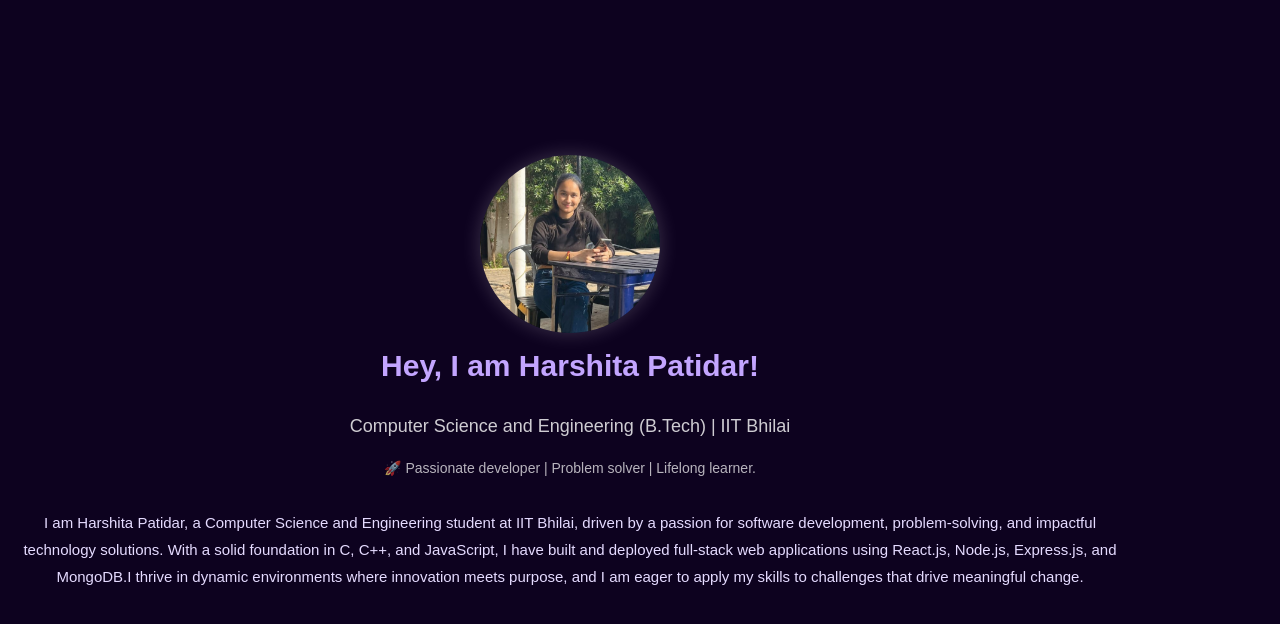
Repository: harshitap1305/Portfolio
Page: /
The author's editor kept a copy of each file at every save. The page is drawn from the files as they stood at one save, then again after a run of saves.
The browser window is 1280 px wide. The pictures show the whole page.
The project was rebuilt for these pictures with package versions that can differ from the ones it lists, and the page was loaded fresh each time. Also part of the build but not shown: vite.config.js.

Above is the page before, as saved 2025-03-27 17:26:49.

After the next 2 saves:
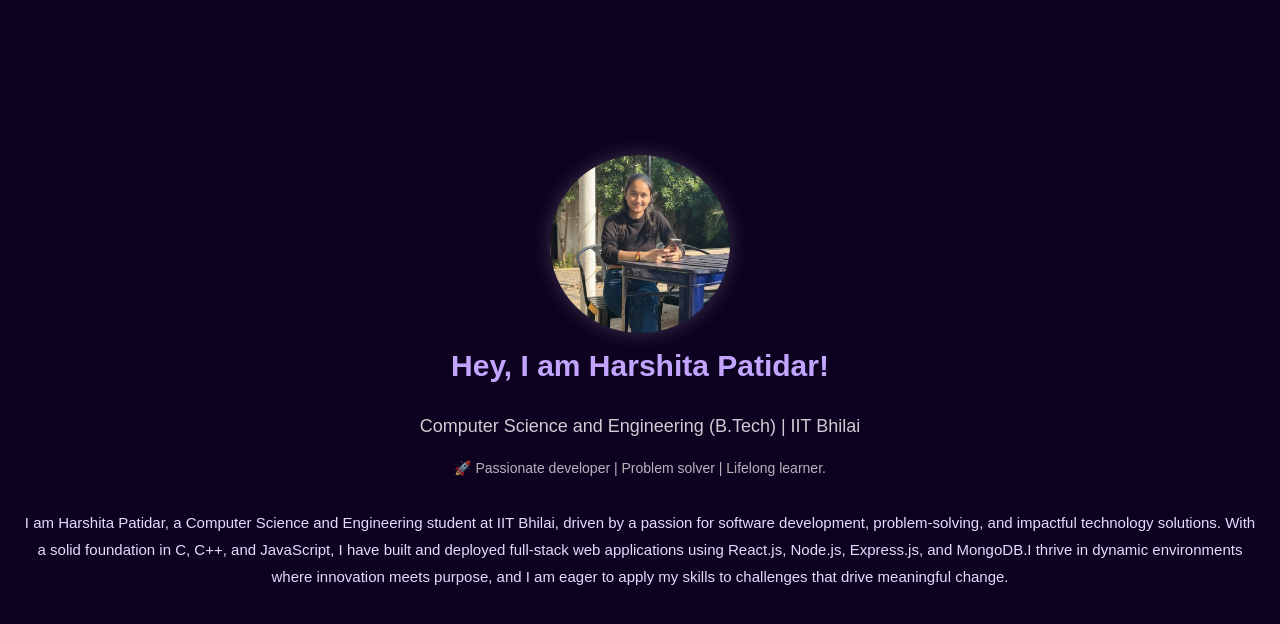
The 2 saves are shown as one change because they came seconds apart.
The last was saved 12 s later.
--- a/src/App.css
+++ b/src/App.css
@@ -41,7 +41,7 @@
 .intro {
   font-size: 15px;
   line-height: 1.8;
-  max-width: 1100px;
+  max-width: 100%;
   text-align: center;
   margin-top: 20px;
   color: #e5dbff;

After the 3 saves that followed:
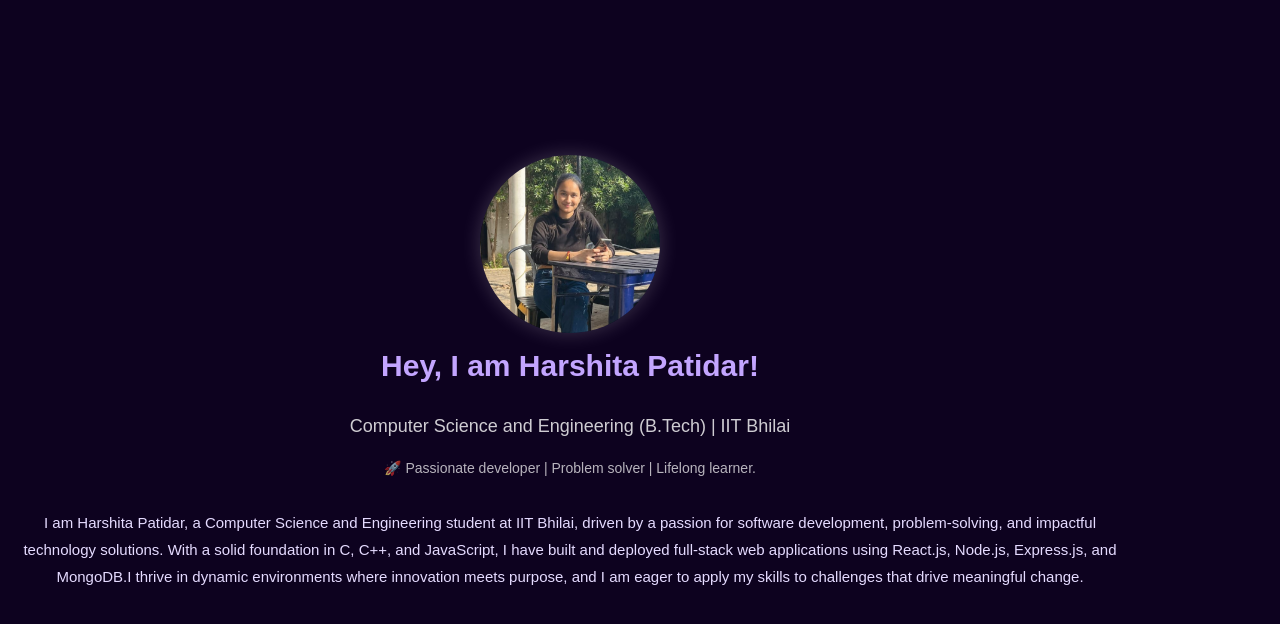
The 3 saves are shown as one change because they came seconds apart.
The last was saved 16 s later.
--- a/src/App.css
+++ b/src/App.css
@@ -41,7 +41,7 @@
 .intro {
   font-size: 15px;
   line-height: 1.8;
-  max-width: 100%;
+  max-width: 1100px;
   text-align: center;
   margin-top: 20px;
   color: #e5dbff;
